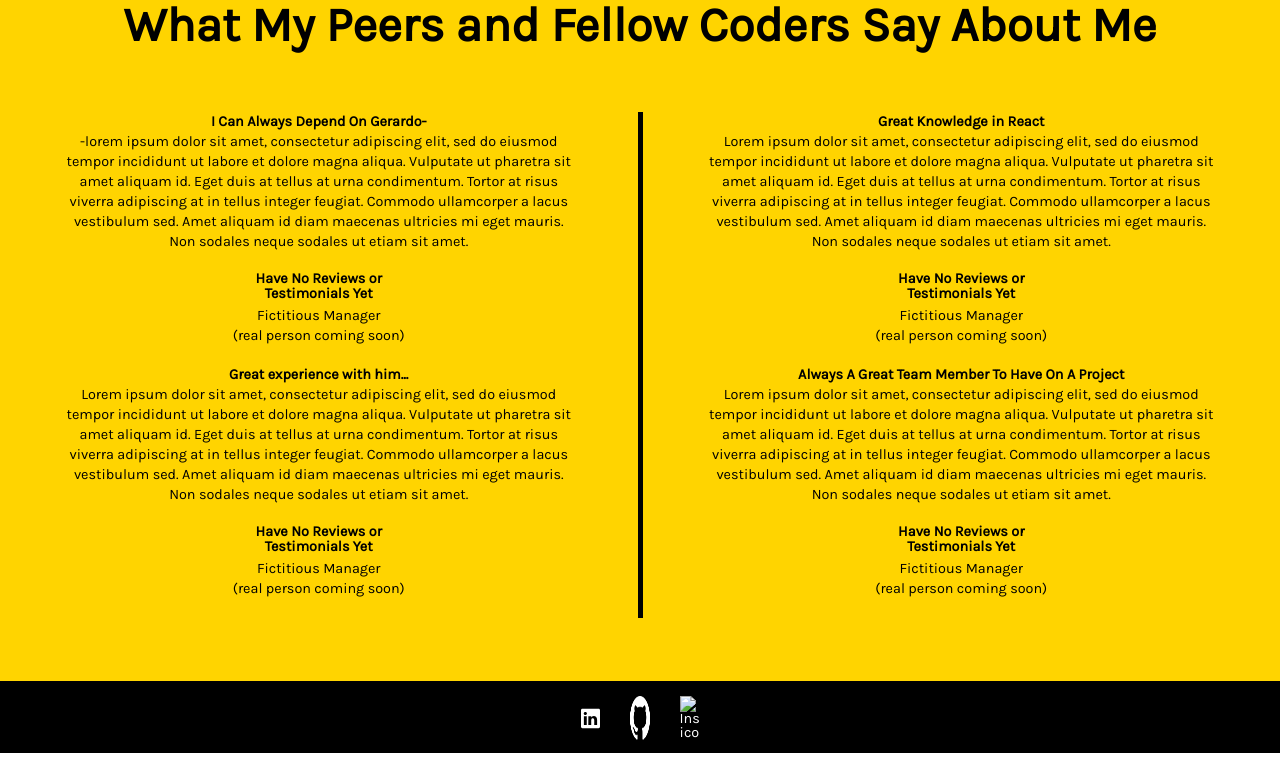
Repository: geedtd/devportfolio
Page: index.html
These files come from the project's save history. The page is drawn as it stood at one moment and after the next save; the edit follows.
The browser window is 1280 px wide. The pictures show the part of the page from y = 1839 to 2610 px (the page is 2610 px tall before and 2592 px after).
A picture or video elsewhere on the page could not be fetched, so the positions and the page height are approximate. Backgrounds fixed to the window are drawn as part of the page.

Above is the page before, as saved 2020-02-24 17:20:04.
Not found: Images/instagram.svg

After the next save:
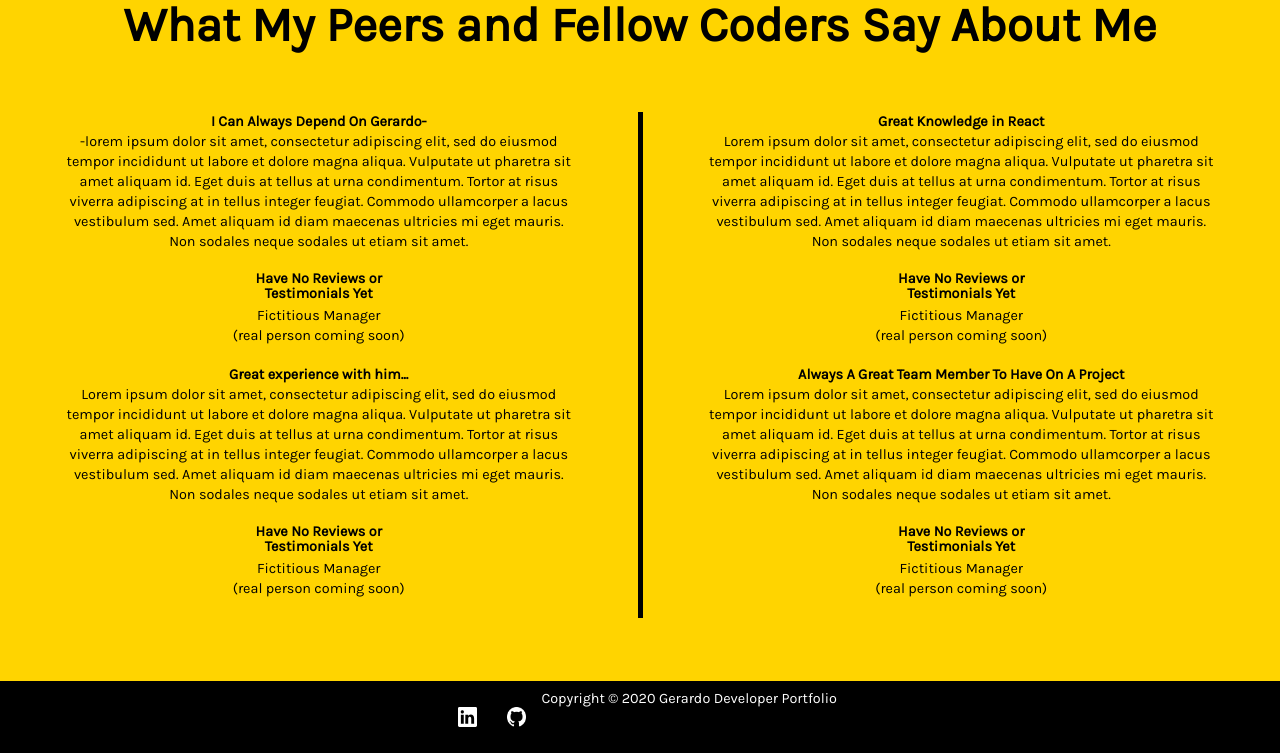
Saved 16 s later.
--- a/index.html
+++ b/index.html
@@ -196,8 +196,6 @@
       <div class="footer-icon">
         <img class="linked-icon" src="Images//linkedin.svg" alt="Linkedin icon" />
         <img class="twitter-icon" src="Images/github2.png" alt="Github icon" />
-        <img class="ig-icon" src="Images/instagram.svg" alt="Instagram icon" />
-      </div>
       <p>Copyright &#169 2020 Gerardo Developer Portfolio
       </p>
     </footer>
